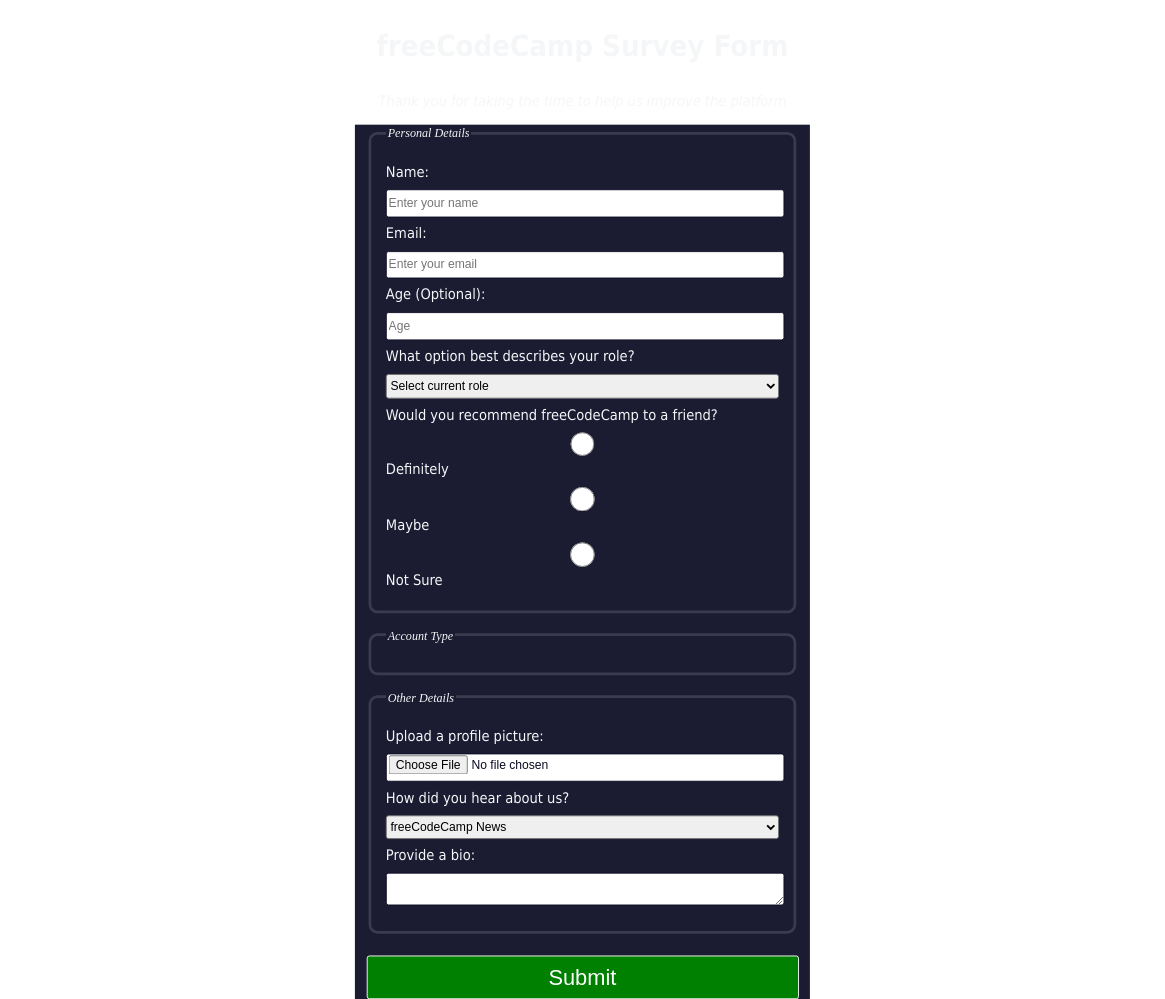
Repository: Lungdjos/survey_form_certification
Page: index.html
An editor plug-in stored every save of this project. The page is shown before and after the next save, followed by the edit.
The browser window is 1280 px wide. The pictures show the whole page, at 91% of full size.

Above is the page before, as saved 2023-09-30 03:38:13.

After the next save:
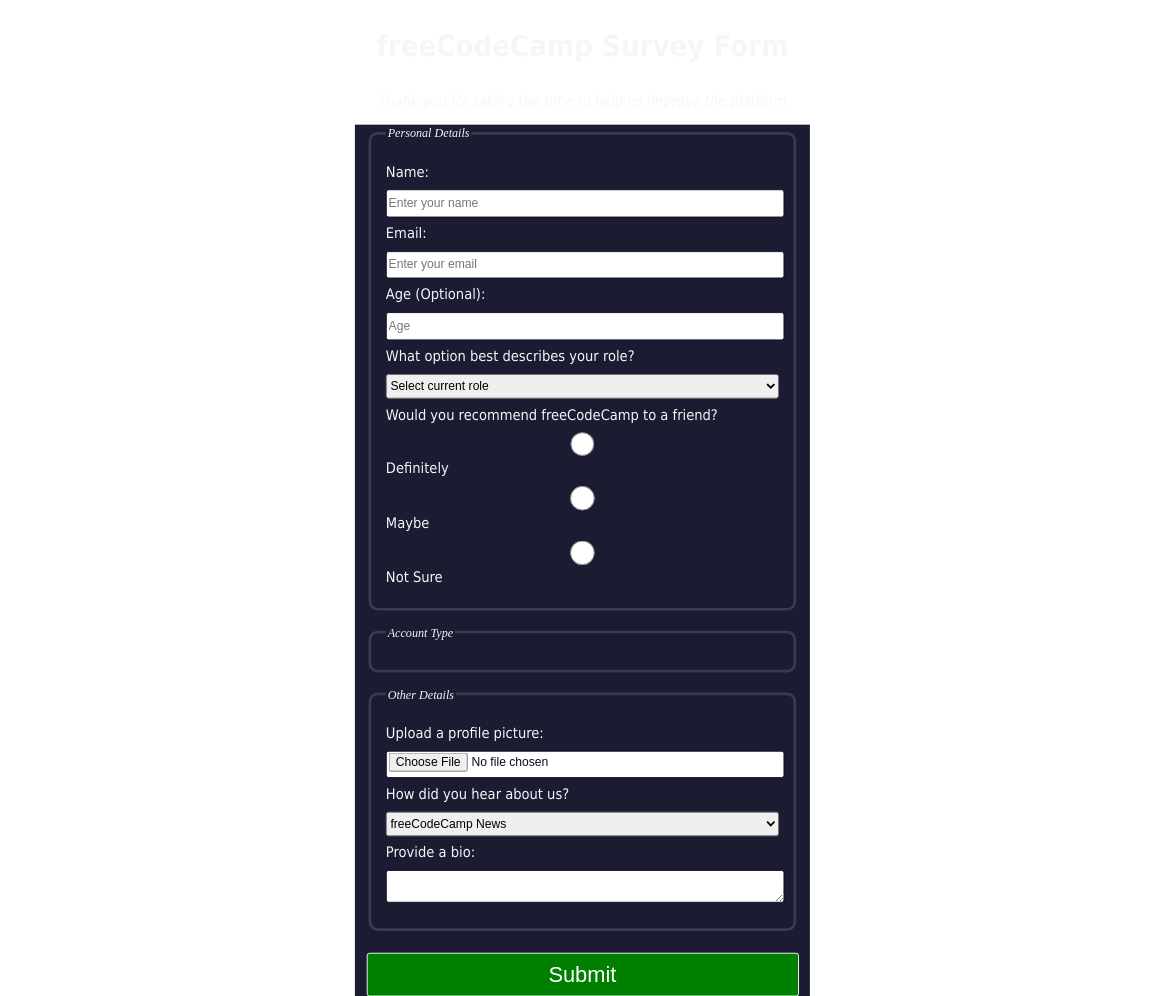
Saved 29 s later.
--- a/index.html
+++ b/index.html
@@ -30,17 +30,10 @@
             <label for="rec">
                 Would you recommend freeCodeCamp to a friend?
                 <div class="inline">
-                    <label>
-                        <input type="radio" name="account-type" id="personal-account"> Definitely
-                    </label>
-            <label>
-                        <input type="radio" name="account-type" id="business-account"> Maybe
-                    </label>
-            <label>
-                        <input type="radio" name="ts-and-cs" id="terms-and-conditions"> Not Sure
-                    </label>
-            </div>
-
+                    <input  type="radio" name="account-type" id="personal-account"> Definitely
+                    <input  type="radio" name="account-type" id="business-account">Maybe
+                    <input  type="radio" name="ts-and-cs" id="terms-and-conditions">Not Sure
+                </div>
 
             </label>
         </fieldset>
